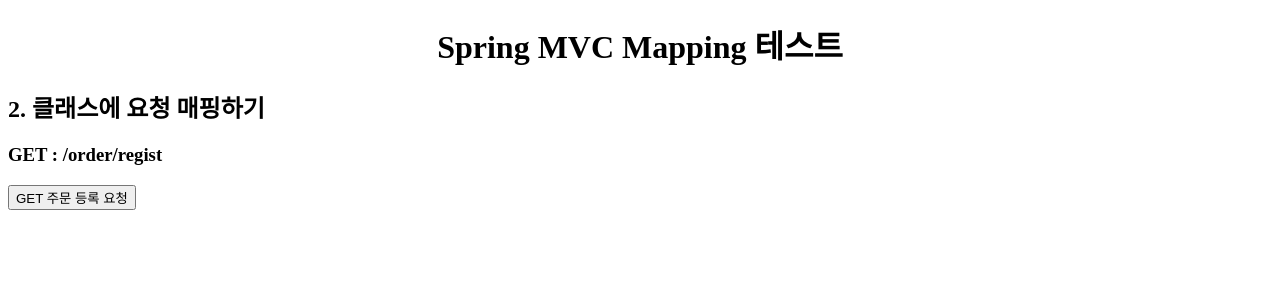
Repository: TheBeginnerJiyeon/multi_05_spring
Page: http://localhost/basic4/
These files come from the project's save history. The page is drawn as it stood at one moment and after the next save; the edit follows.
The browser window is 1280 px wide. The pictures show the whole page.
The page is served by Tomcat 9. Other server files are loaded and not shown.

Above is the page before, as saved 2024-05-30 04:48:05.

### basic4/src/main/webapp/WEB-INF/views/main.jsp
<%@ page language="java" contentType="text/html; charset=UTF-8"
    pageEncoding="UTF-8"%>
<!DOCTYPE html>
<html>
<head>
<meta charset="UTF-8">
<title>Insert title here</title>
</head>
<body>
	<h1 align="center">Spring MVC Mapping 테스트</h1>


	<h2>2. 클래스에 요청 매핑하기</h2>

	<h3>GET : /order/regist</h3>
	<button onclick="location.href='${pageContext.servletContext.contextPath}/order/regist'">GET 주문 등록 요청</button>



</body>
</html>

After the next save:
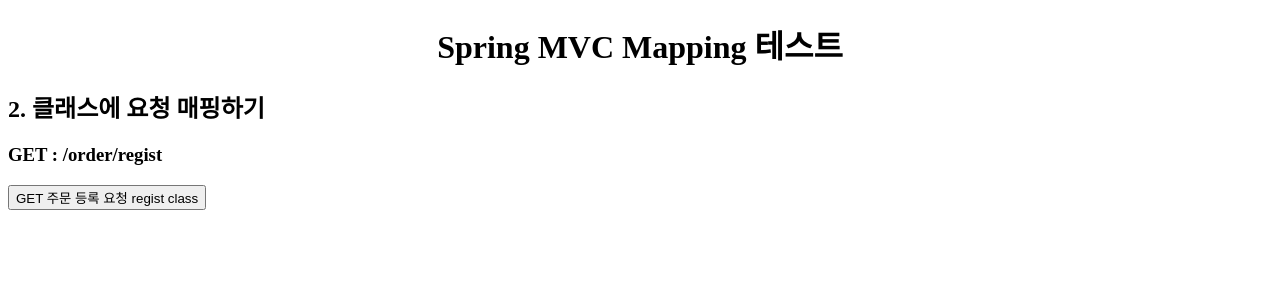
Saved 13 s later.
--- a/basic4/src/main/webapp/WEB-INF/views/main.jsp
+++ b/basic4/src/main/webapp/WEB-INF/views/main.jsp
@@ -13,7 +13,7 @@
 	<h2>2. 클래스에 요청 매핑하기</h2>
 
 	<h3>GET : /order/regist</h3>
-	<button onclick="location.href='${pageContext.servletContext.contextPath}/order/regist'">GET 주문 등록 요청</button>
+	<button onclick="location.href='${pageContext.servletContext.contextPath}/order/regist'">GET 주문 등록 요청 regist class</button>
 
 
 
